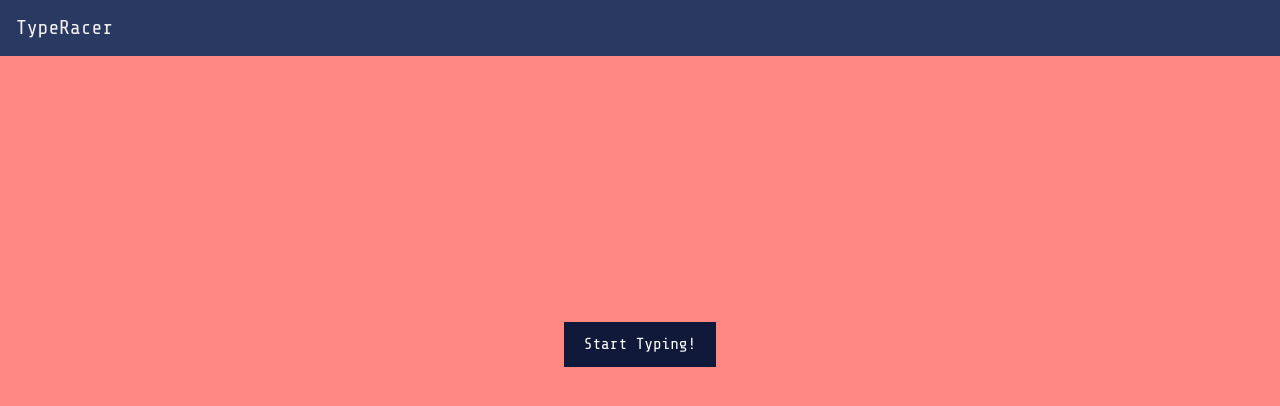
Repository: Tagaca19e/Type-it
Page: /
These files come from the project's save history. The page is drawn as it stood at one moment and after the next save; the edit follows.
The browser window is 1280 px wide. The pictures show the whole page.
The page's requests for data from a server got no answer. The project was rebuilt for these pictures with package versions that can differ from the ones it lists, and the page was loaded fresh each time. No one was signed in, and anything a server would have sent is missing. Also part of the build but not shown: src/components/Timer.js, src/components/Speed.js, src/components/TypeDetails.js, src/components/TypeRacer.js, src/app.css.

Above is the page before, as saved 2021-08-06 23:03:49.

After the next save:
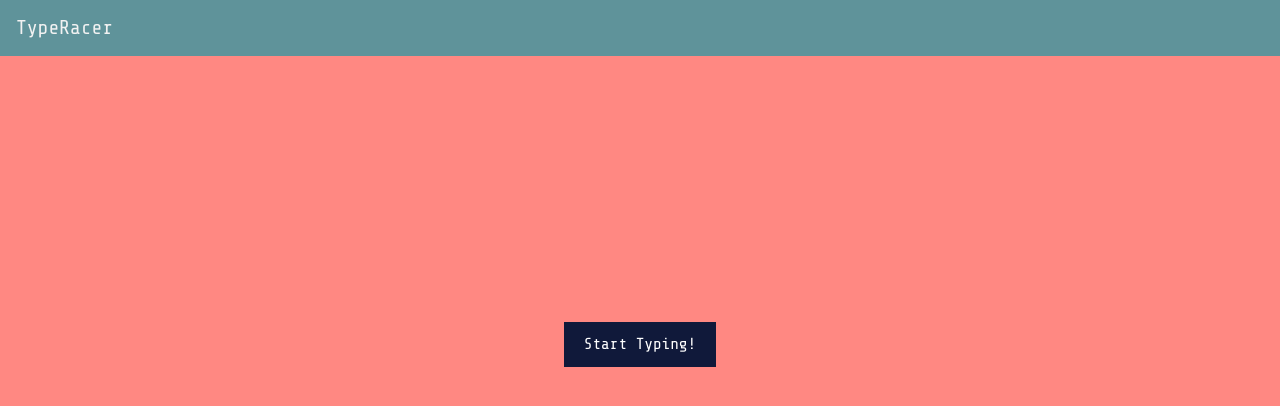
Saved 56 s later.
--- a/src/index.css
+++ b/src/index.css
@@ -131,7 +131,7 @@
 
 /**    NavBar   */
 .navbar-custom {
-  background-color: #293961;
+  background-color: #5f939a;
 }
 
 .navbar-brand {
